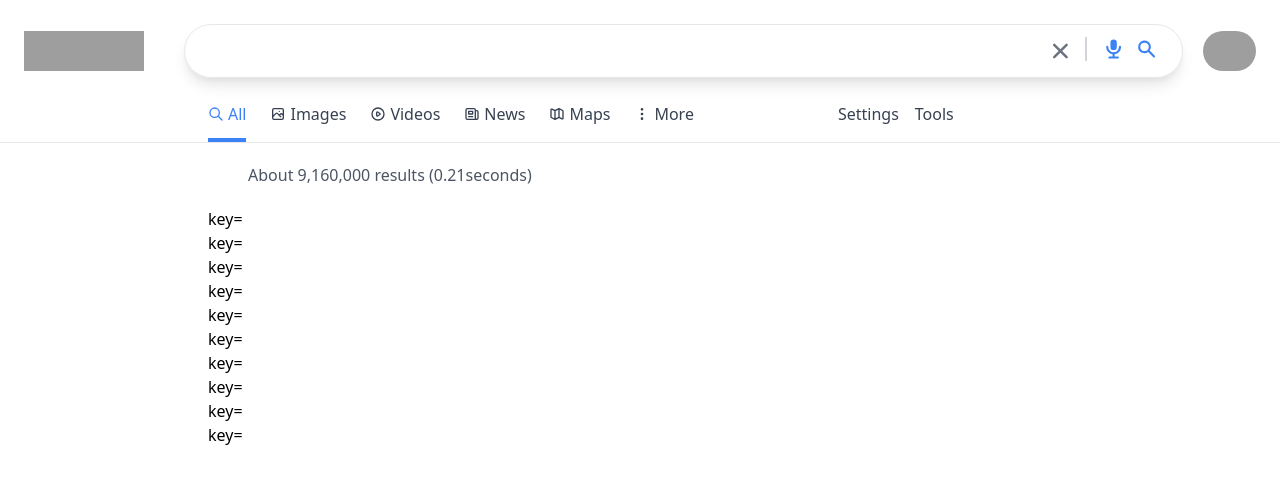
Repository: DecentraMindsCoin/google-search-clone
Page: /search
The author's editor kept a copy of each file at every save. The page is drawn from the files as they stood at one save, then again after the next save.
The browser window is 1280 px wide. The pictures show the whole page.
Pictures or frames that could not be fetched are drawn as grey boxes. The project was rebuilt for these pictures with package versions that can differ from the ones it lists, and the page was loaded fresh each time. The framework's server and built-in components were replaced by stand-ins that run in the browser. Also part of the build but not shown: next.config.js, Response.js.

Above is the page before, as saved 2021-05-17 17:40:59.

After the next save:
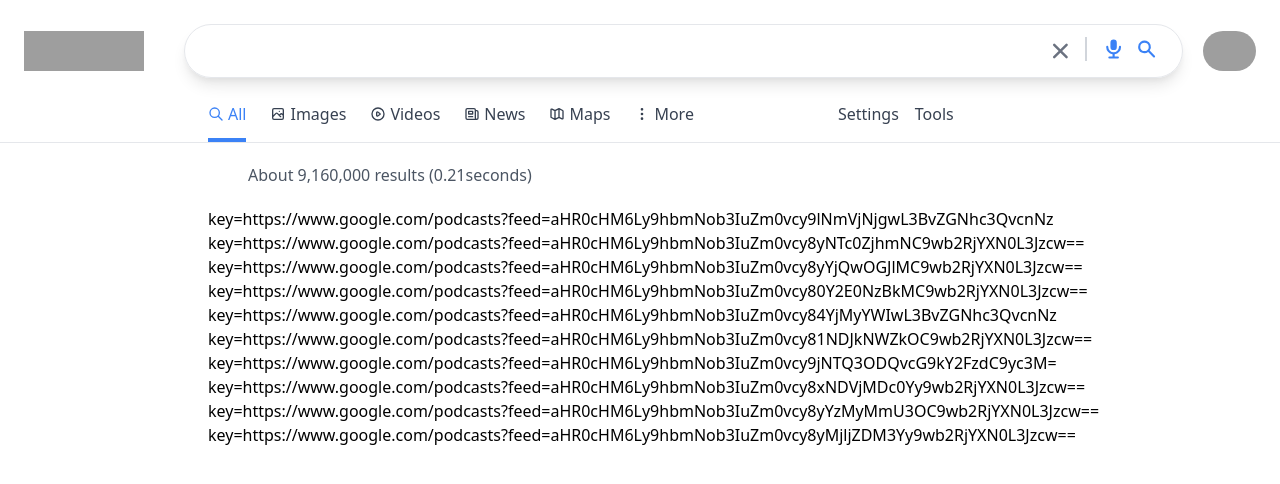
Saved 4 s later.
--- a/components/SearchResults.js
+++ b/components/SearchResults.js
@@ -3,7 +3,7 @@
         <div className="mx-auto w-full px-3 sm:pl-[5%] md:pl[%14] lg:pl-52">
             <p className="text-gray-600 text-md ml-10 mb-5 mt-5">About {results.searchInformation?.formattedTotalResults} results ({results.searchInformation?.formattedSearchTime}seconds) </p>
        {results.items?.map((result) => (
-           <div> key={result.key}</div>
+           <div> key={result.link}</div>
        ))}
         </div>
     )
